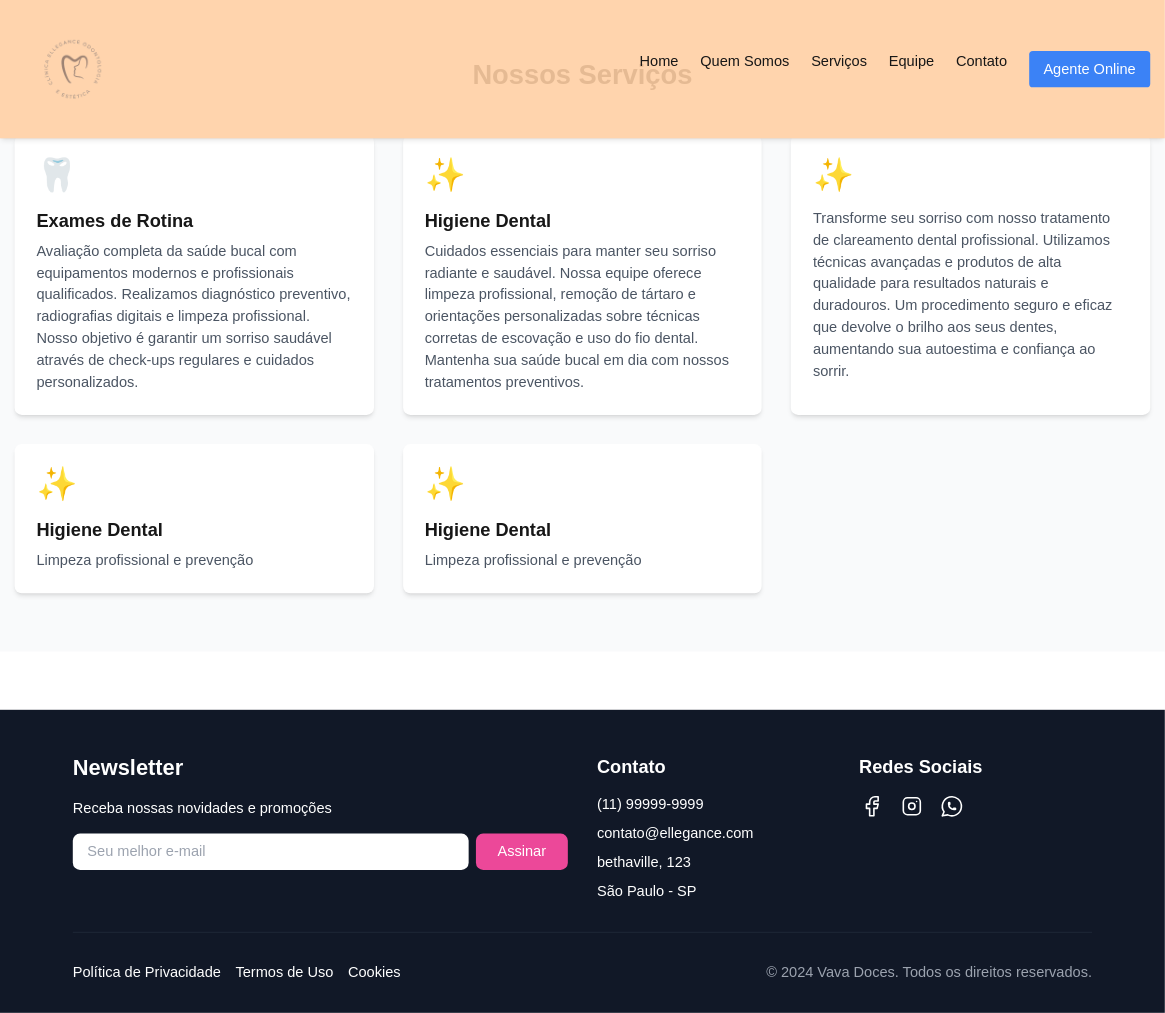
Repository: francisguitt/ellegance_odontologia
Page: /services_
The author's editor kept a copy of each file at every save. The page is drawn from the files as they stood at one save, then again after a run of saves.
The browser window is 1280 px wide. The pictures show the whole page, at 91% of full size.
The project was rebuilt for these pictures with package versions that can differ from the ones it lists, and the page was loaded fresh each time. The framework's server and built-in components were replaced by stand-ins that run in the browser. Also part of the build but not shown: next.config.mjs.

Above is the page before, as saved 2025-02-22 12:43:07.

### src/app/layout.tsx
import type { Metadata } from "next";
import localFont from "next/font/local";
import "./globals.css";
import Header from "@/app/components/header";
import Footer from "@/app/components/footer";

const geistSans = localFont({
  src: "./fonts/GeistVF.woff",
  variable: "--font-geist-sans",
  weight: "100 900",
});
const geistMono = localFont({
  src: "./fonts/GeistMonoVF.woff",
  variable: "--font-geist-mono",
  weight: "100 900",
});

export const metadata: Metadata = {
  title: "Create Next App",
  description: "Generated by create next app",
};

export default function RootLayout({
  children,
}: Readonly<{
  children: React.ReactNode;
}>) {
  return (
    <html lang="en">
      <body
        className={`${geistSans.variable} ${geistMono.variable} antialiased`}
      >
      <Header/>
        {children}
        <Footer/>
      </body>
    </html>
  );
}

### src/app/services_/page.tsx
const Services = () => {
    const services = [
      {
        title: 'Exames de Rotina',
        description: 'Avaliação completa da saúde bucal com equipamentos modernos e profissionais qualificados. Realizamos diagnóstico preventivo, radiografias digitais e limpeza profissional. Nosso objetivo é garantir um sorriso saudável através de check-ups regulares e cuidados personalizados.',
        icon: '🦷'
      },
      {
        title: 'Higiene Dental',
        description: 'Cuidados essenciais para manter seu sorriso radiante e saudável. Nossa equipe oferece limpeza profissional, remoção de tártaro e orientações personalizadas sobre técnicas corretas de escovação e uso do fio dental. Mantenha sua saúde bucal em dia com nossos tratamentos preventivos.',
        icon: '✨'
      },
      {
        title: '',
        description: 'Transforme seu sorriso com nosso tratamento de clareamento dental profissional. Utilizamos técnicas avançadas e produtos de alta qualidade para resultados naturais e duradouros. Um procedimento seguro e eficaz que devolve o brilho aos seus dentes, aumentando sua autoestima e confiança ao sorrir.',
        icon: '✨'
      },
      {
        title: 'Higiene Dental',
        description: 'Limpeza profissional e prevenção',
        icon: '✨'
      },
      {
        title: 'Higiene Dental',
        description: 'Limpeza profissional e prevenção',
        icon: '✨'
      },
    ];

    return (
      <section id="services" className="py-16 bg-gray-50">
        <div className="container mx-auto px-4">
          <h2 className="text-3xl font-bold text-center mb-12">Nossos Serviços</h2>
          <div className="grid grid-cols-1 md:grid-cols-3 gap-8">
            {services.map((service, index) => (
              <div key={index} className="bg-white p-6 rounded-lg shadow-md">
                <div className="text-4xl mb-4">{service.icon}</div>
                <h3 className="text-xl font-semibold mb-2">{service.title}</h3>
                <p className="text-gray-600">{service.description}</p>
              </div>
            ))}
          </div>
        </div>
      </section>
    );
  };

  export default Services;

### src/app/globals.css
@tailwind base;
@tailwind components;
@tailwind utilities;

:root {
  --primary-color:#ffcfa3e3;
  --secundary-color: #ffd079;
  --foreground: #171717;
}

@media (prefers-color-scheme: dark) {
  :root {

  }

  }


body {
  color: var(--foreground);
  background: var(--background);
  font-family: Arial, Helvetica, sans-serif;
}

@layer utilities {
  .text-balance {
    text-wrap: balance;
  }
}

### src/app/components/header.tsx


"use client";
import { useState } from 'react';
import { Link } from 'react-scroll';
import Image from 'next/image';
import logo from "@/images/logo_odonto.png";
import { IconMenu2, IconX } from '@tabler/icons-react';

const Header = () => {
  const [isMenuOpen, setIsMenuOpen] = useState(false);

  const toggleMenu = () => {
    setIsMenuOpen(!isMenuOpen);
  };

  const menuItems = [
    { to: "home", label: "Home" },
    { to: "about", label: "Quem Somos" },
    { to: "services", label: "Serviços" },
    { to: "team", label: "Equipe" },
    { to: "contact", label: "Contato" },
  ];

  return (
    <header className="fixed w-full  shadow-md z-50 bg-[var(--primary-color)]">
      <div className="container mx-auto px-4 py-3 flex justify-between items-center text-center">
        <div className="logo">
          <Image
            src={logo}
            alt="Ellegance Dental"
            className="w-32 h-32 text-color-white"
          />
        </div>

        {/* Desktop Navigation */}
        <nav className="hidden md:flex space-x-6">
          {menuItems.map((item) => (
            <Link
              key={item.to}
              to={item.to}
              smooth={true}
              className="cursor-pointer hover:text-blue-500 transition-colors"
            >
              {item.label}
            </Link>
          ))}
          <button className="bg-blue-500 text-white px-4 py-2 rounded hover:bg-blue-600 transition-colors">
            Agente Online
          </button>
        </nav>

        {/* Mobile Menu Button */}
        <button
          onClick={toggleMenu}
          className="md:hidden text-gray-600 hover:text-blue-500 transition-colors"
        >
          {isMenuOpen ? <IconX size={24} /> : <IconMenu2 size={24} />}
        </button>
      </div>

      {/* Mobile Navigation */}
      <nav className={`
        md:hidden bg-white
        transition-all duration-300 ease-in-out
        ${isMenuOpen ? 'max-h-96 opacity-100' : 'max-h-0 opacity-0'}
        overflow-hidden
      `}>
        <div className="container mx-auto px-4 py-2 flex flex-col space-y-4">
          {menuItems.map((item) => (
            <Link
              key={item.to}
              to={item.to}
              smooth={true}
              className="cursor-pointer hover:text-blue-500 transition-colors py-2"
              onClick={() => setIsMenuOpen(false)}
            >
              {item.label}
            </Link>
          ))}
          <button className="bg-blue-500 text-white px-4 py-2 rounded hover:bg-blue-600 transition-colors w-full">
            Agente Online
          </button>
        </div>
      </nav>
    </header>
  );
};

export default Header;

### src/app/components/footer.tsx
'use client'
import { useState } from 'react'
import {
  IconBrandFacebook,
  IconBrandInstagram,
  IconBrandWhatsapp,
  IconMail
} from '@tabler/icons-react'

function Footer() {
  const [email, setEmail] = useState('')

  const handleSubmit = (e: React.FormEvent) => {
    e.preventDefault()
    setEmail('')
  }

  return (
    <footer className="bg-gray-900 text-white pt-12 mt-16">
      <div className="max-w-6xl mx-auto px-4">
        <div className="grid grid-cols-1 md:grid-cols-4 gap-8 pb-8">
          <div className="col-span-1 md:col-span-2">
            <h3 className="text-2xl font-bold mb-4">Newsletter</h3>
            <p className="mb-4">Receba nossas novidades e promoções</p>
            <form onSubmit={handleSubmit} className="flex gap-2">
              <input
                type="email"
                value={email}
                onChange={(e) => setEmail(e.target.value)}
                placeholder="Seu melhor e-mail"
                className="flex-1 px-4 py-2 rounded-lg text-gray-900"
                required
              />
              <button
                type="submit"
                className="bg-pink-500 px-6 py-2 rounded-lg hover:bg-pink-600 transition"
              >
                Assinar
              </button>
            </form>
          </div>

          <div>
            <h3 className="text-xl font-bold mb-4">Contato</h3>
            <ul className="space-y-2">
              <li>
                <a href="tel:+5511999999999" className="hover:text-pink-400">
                  (11) 99999-9999
                </a>
              </li>
              <li>
                <a href="mailto:contato@elleganceodontologia.com" className="hover:text-pink-400">
                  contato@ellegance.com
                </a>
              </li>
              <li>bethaville, 123</li>
              <li>São Paulo - SP</li>
            </ul>
          </div>

          <div>
            <h3 className="text-xl font-bold mb-4">Redes Sociais</h3>
            <div className="flex gap-4">
              <a href="https://facebook.com" target="_blank" rel="noopener noreferrer"
                className="hover:text-pink-400 transition">
                <IconBrandFacebook size={28} stroke={1.5} />
              </a>
              <a href="https://instagram.com" target="_blank" rel="noopener noreferrer"
                className="hover:text-pink-400 transition">
                <IconBrandInstagram size={28} stroke={1.5} />
              </a>
              <a href="https://wa.me/5511999999999" target="_blank" rel="noopener noreferrer"
                className="hover:text-pink-400 transition">
                <IconBrandWhatsapp size={28} stroke={1.5} />
              </a>
            </div>
          </div>
        </div>

        <div className="border-t border-gray-800 py-8">
          <div className="flex flex-col md:flex-row justify-between items-center">
            <div className="flex gap-4 mb-4 md:mb-0">
              <a href="/politica-privacidade" className="hover:text-pink-400 transition">
                Política de Privacidade
              </a>
              <a href="/termos-uso" className="hover:text-pink-400 transition">
                Termos de Uso
              </a>
              <a href="/cookies" className="hover:text-pink-400 transition">
                Cookies
              </a>
            </div>
            <p className="text-gray-400">
              © {new Date().getFullYear()} Vava Doces. Todos os direitos reservados.
            </p>
          </div>
        </div>
      </div>
    </footer>
  )
}
export default Footer;

Loaded but not shown: tailwind.config.ts (common file)

After the next 2 saves:
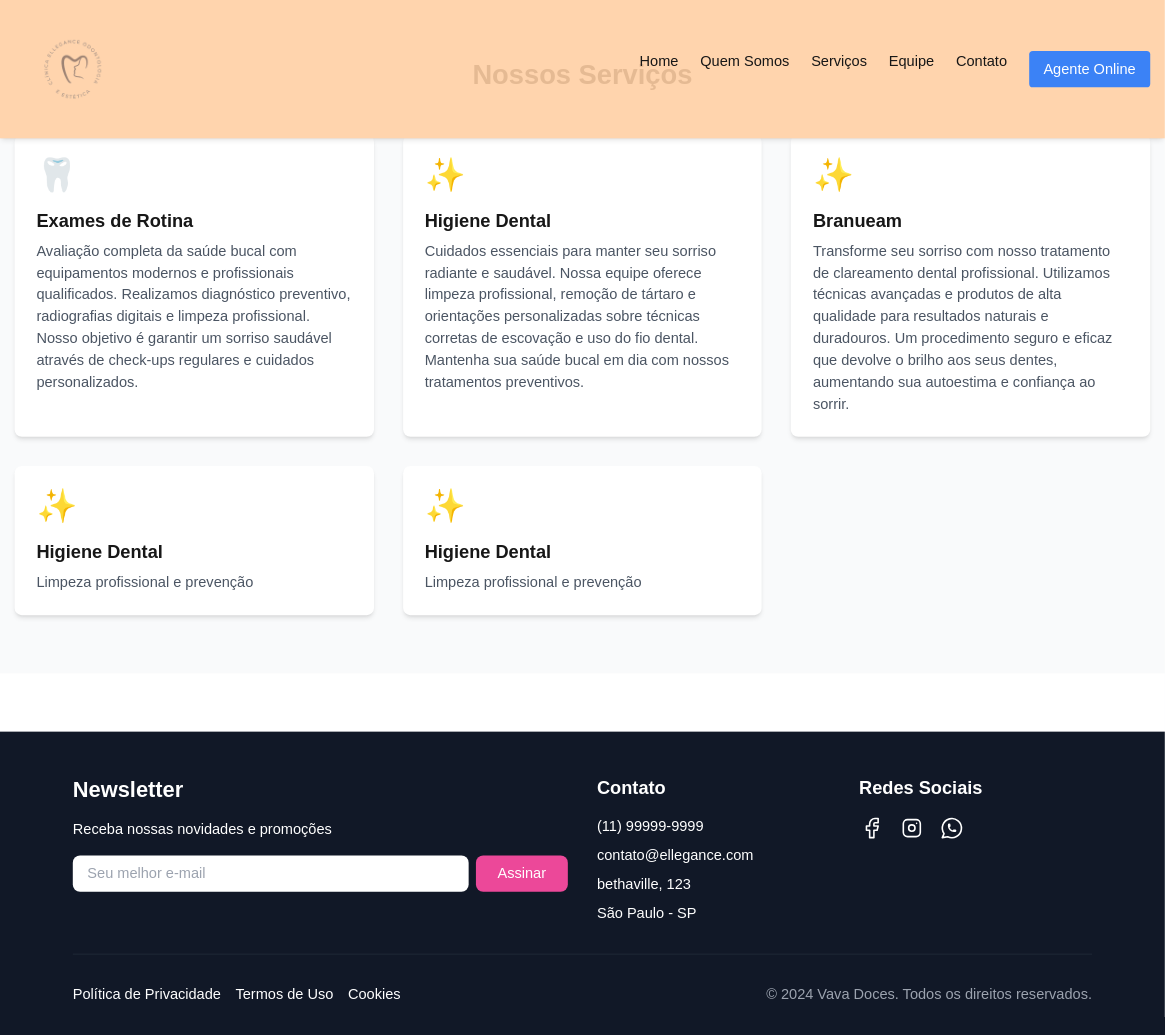
The 2 saves are shown as one change because they came seconds apart.
The last was saved 11 s later.
--- a/src/app/services_/page.tsx
+++ b/src/app/services_/page.tsx
@@ -11,7 +11,7 @@ const Services = () => {
         icon: '✨'
       },
       {
-        title: '',
+        title: 'Branueam',
         description: 'Transforme seu sorriso com nosso tratamento de clareamento dental profissional. Utilizamos técnicas avançadas e produtos de alta qualidade para resultados naturais e duradouros. Um procedimento seguro e eficaz que devolve o brilho aos seus dentes, aumentando sua autoestima e confiança ao sorrir.',
         icon: '✨'
       },
